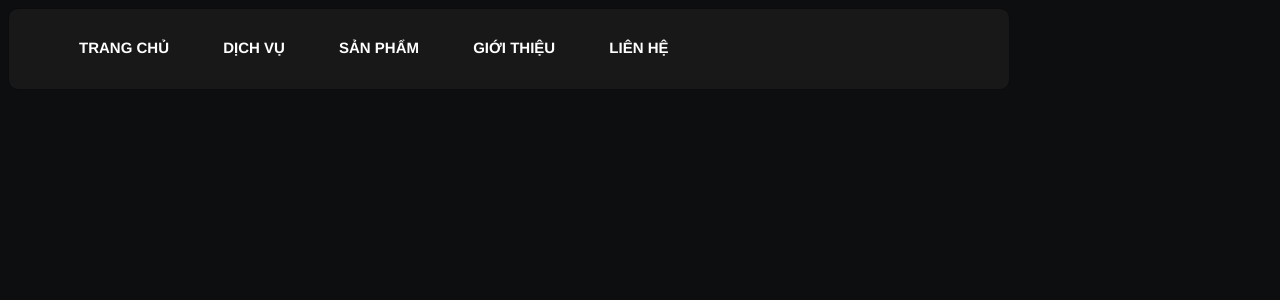
Repository: andytrn0/ElectronJS
Page: GUI/index.html
An editor plug-in stored every save of this project. The page is shown before and after the next save, followed by the edit.
The browser window is 1280 px wide. The pictures show the whole page.

Above is the page before, as saved 2024-10-15 14:56:41.

After the next save:
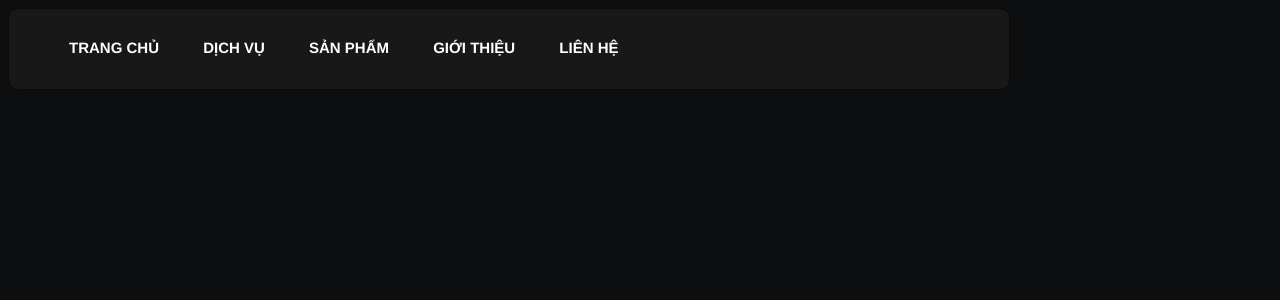
Saved 21 s later.
--- a/CSS/index.css
+++ b/CSS/index.css
@@ -22,7 +22,7 @@
 #menu ul li {
     list-style-type: none;
     display: inline-block; /* Thay đổi từ inline sang inline-block */
-    margin-left: 10px;
+    margin-left: 0px;
   }
 
 #menu ul li a:link
